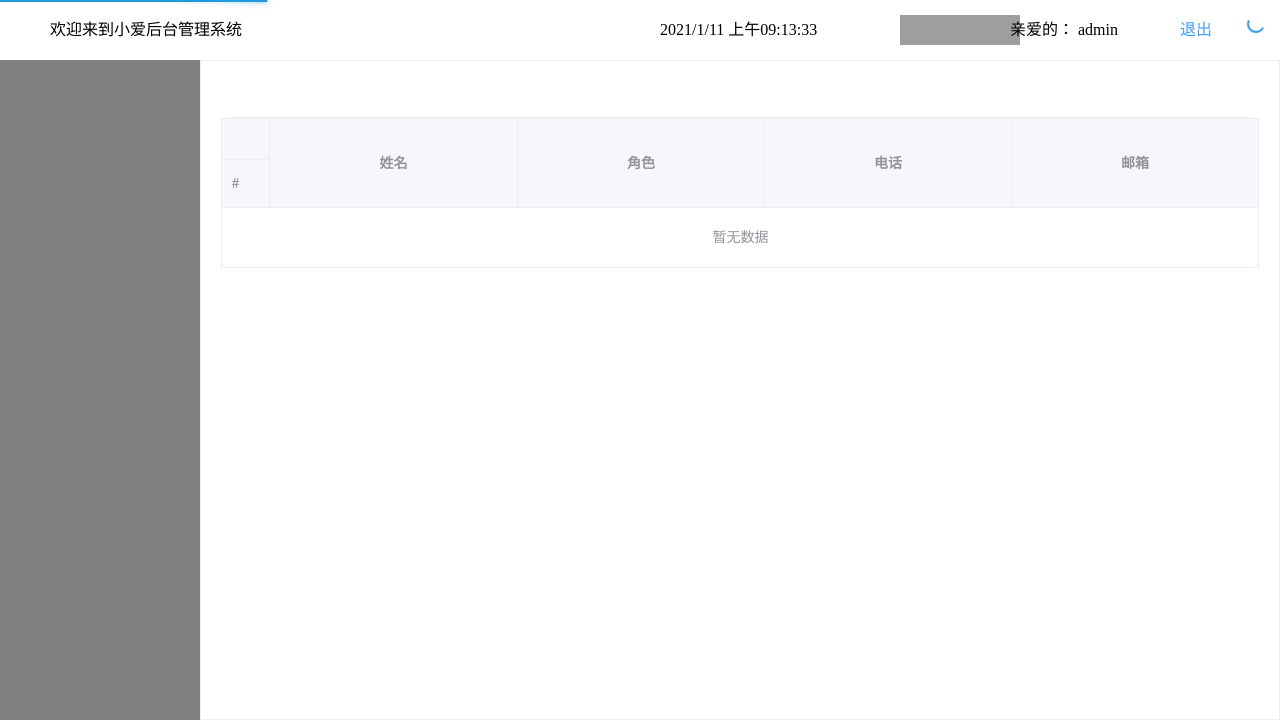
Repository: heyegang/vuex
Page: /usermanagement
These files come from the project's save history. The page is drawn as it stood at one moment and after the next save; the edit follows.
The browser window is 1280 px wide. The pictures show the whole page.
Pictures or frames that could not be fetched are drawn as grey boxes. The page's requests for data from a server got no answer. The project was rebuilt for these pictures with package versions that can differ from the ones it lists, and the page was loaded fresh each time. No one was signed in, and anything a server would have sent is missing. Also part of the build but not shown: vue.config.js, src/views/Home.vue, src/components/navsidebar/NavSidebar.vue.

Above is the page before, as saved 2021-01-11 17:49:10.

### src/main.js
import Vue from "vue";
import App from "./App.vue";
import router from "./router";
import store from "./store";
import ElementUI from "element-ui";
import "element-ui/lib/theme-chalk/index.css"

Vue.use(ElementUI)
Vue.config.productionTip = false;

new Vue({
  router,
  store,
  render: h => h(App)
}).$mount("#app");

### src/App.vue
<template>
  <div id="app">
    <router-view />
  </div>
</template>

<style lang="scss">
*{
  margin: 0;
  padding: 0;
}
html,body,#app{
  height: 100%;
}
</style>

### src/router/index.js
import Vue from "vue";
import VueRouter from "vue-router";
import Home from "../views/Home.vue";
import Layout from "../views/layout/Layout.vue";

Vue.use(VueRouter);

const routes = [
  {
   path:"",
  component:Layout,
  children:[{
    path: "/",
    name: "Home",
    component: Home
  },
  {
    path: "/usermanagement",
    name: "usermanagement",
    component: () => import('../views/usermanagement/UserManagement.vue')
  },

  ]},
  {
    path: "/login",
    name: "login",
    component: () => import('../views/login/Login.vue')
  },
];

const router = new VueRouter({
  mode: "history",
  base: process.env.BASE_URL,
  routes
});

export default router;

### src/store/index.js
import Vue from "vue";
import Vuex from "vuex";
import user from "./user";
import layout from "./layout";
import Administration from "./Administration/Administration"
Vue.use(Vuex);

export default new Vuex.Store({
  state: {
    // 存放数据
  },
  mutations: {
    // 同步修改state
  },
  actions: {},
  modules: {
    // 代表模块
    user,
    layout,
    Administration,
  }
});

### src/views/layout/Layout.vue
<template>
  <div>
    <el-container>
      <el-header>
        <nav-header></nav-header>
      </el-header>
      <el-container>
        <el-aside width="200px">
          <nav-sidebar :layouts='layouts' v-if='layouts.length>0'></nav-sidebar>
        </el-aside>
        <el-main>
          <nav-label></nav-label>
          <router-view></router-view>
        </el-main>
      </el-container>
    </el-container>
  </div>
</template>

<script>
import NavHeader from "../../components/navheader/NavHeader";
import NavSidebar from "../../components/navsidebar/NavSidebar";
import NavLabel from "../../components/navlabel/NavLabel";
import {createNamespacedHelpers} from 'vuex'
let userModule = createNamespacedHelpers('layout')
let {mapState: layoutState,mapActions: layoutActions} = userModule
export default {
  name: "",
  props: {},
  data() {
    return {
      sidebars:[]
    };
  },
  components: {
    NavHeader,
    NavSidebar,
    NavLabel,
  },
  methods: {
    ...layoutActions(['gettype'])
  },
  mounted() {
    this.gettype()
  },
  computed: {
    ...layoutState(['layouts'])
  },
  watch: {}
};
</script>

<style lang='scss' scoped>
.el-header,
.el-footer {
  line-height: 60px;
}

.el-aside {
  position: fixed;
  top: 60px;
  bottom: 0;
  background-color: gray;
}

.el-main {
  position: fixed;
  bottom: 0;
  right: 0;
  top: 60px;
  left: 200px;
  border: 1px solid #eeeeee;
}

body > .el-container {
  margin-bottom: 40px;
}

.el-container:nth-child(5) .el-aside,
.el-container:nth-child(6) .el-aside {
  line-height: 260px;
}

.el-container:nth-child(7) .el-aside {
  line-height: 320px;
}
</style>

### src/views/usermanagement/UserManagement.vue
<template>
  <div class="back">
      <!-- <el-table
      :data="Administrations"
      style="width: 100%">
      <el-table-column
        prop="username"
        label="姓名">
      </el-table-column>
      <el-table-column
        prop="role_name"
        label="角色">
      </el-table-column>
      <el-table-column
        prop="mobile"
        label="电话">
      </el-table-column>
      <el-table-column
        prop="email"
        label="邮箱">
      </el-table-column>
    </el-table> -->
    <ai-table :data="Administrations" :columns="columns" border :extend='extend'></ai-table>
  </div>
</template>

<script>
import {createNamespacedHelpers} from "vuex"
let userModule = createNamespacedHelpers('Administration')
let {mapState: AdmState,mapActions: AdmActions} = userModule
import AiTable from "../../components/aitable/AiTable"
export default {
  name: '',
  props:{

  },
  data () {
    return {
      pagenum:1,
      pagesize:5,
      query:'',
      columns:[
        {
          label:'姓名',
          prop:'username',
          align:'center',
        },
        {
          label:'角色',
           prop:'role_name',
           align:'center',
        },
        {
          label:'电话',
           prop:'mobile',
           align:'center',
        },
        {
          label:'邮箱',
           prop:'email',
           align:'center',
        },
        // {
        //   label:'状态',
        //    prop:'mg_state',
        //    align:'center',
        // },
        // {
        //   label:'操作',
        //    prop:'',
        //    align:'center',

        // },
      ],
      extend: [
        {
          type:'index',
          label:'#'
        },
      ]
    }
  },
  components: {
    AiTable,
  },
  methods: {
    ...AdmActions(['getusers'])
  },
  mounted() {
    this.getusers({
      query:'',
      pagenum:this.pagenum,
      pagesize:this.pagesize,
    })
  },
  computed: {
    ...AdmState(['Administrations'])
  },
  watch: {}
}
</script>

<style lang='scss' scoped>
.back{
  color: black;
}
</style>

### src/store/user.js
import { Message } from "element-ui";
import api from '../http/api';
import router from '../router'

export default {
    namespaced:true,
    // 开启命名空间

    state: {
        // 存放数据
        users:[]
      },
      mutations: {
        // 同步修改state
        setUsers(state,data){
            state.users = data
        }
      },
      actions: {
        //   发请求
        // 所有的方法
        // 登录 每一个action的方法都有两个参数 第一个是store 第二个是请求的参数
        // store可以解构为commit dispatch(提交另外一个action)
        async login(_,params){
            let res = await api.login(params)
            if(res.meta.status === 200){
                // 请求成功 存用户 跳转路由 提示用户
                localStorage.setItem('user', JSON.stringify(res.data))
                localStorage.setItem('token', res.data.token)
                Message.success('登录成功')
                router.push('/')
            } else {
                Message.error(res.meta.msg)
            }
        },
        // async getUsers({commit},params){
        //     let res = await api.getUsers(params)
        //     if(res.meta.status === 200) {
        //         commit('setUsers',res.data)
        //     }else {
        //         Message.error(res.meta.msg)
        //     }
        // } ,
      },
}

### src/store/layout.js
import api from '../http/api';
import { Message } from "element-ui";



export default {
  namespaced:true,
  state: {
    // 存放数据
    layouts:[]
  },
  mutations: {
    // 同步修改state
    setLayout(state,data){
      state.layouts = data
    }
  },
  actions: {
    async gettype({commit},params){
      let res = await api.gettype(params)
      if(res.meta.status === 200){
       console.log(res)
        commit('setLayout',res.data)
      }else {
        Message.error(res.meta.msg)
      }
    },
  },
}

### src/store/Administration/Administration.js
import { Message } from "element-ui";
import api from '../../http/api';

export default({
  namespaced:true,

  state: {
    // 存放数据
    Administrations:[]
  },
  mutations: {
    // 同步修改state
    setAdministration(state,data){
      state.Administrations = data
    }
  },
  actions: {
    async getusers({commit},params){
      let res =await api.getusers(params)
      if(res.meta.status === 200) {
        console.log(res)
        commit('setAdministration',res.data.users)
      } else {
        Message.error(res.meta.msg)
      }
    }
  },
})

### src/components/navheader/NavHeader.vue
<template>
  <div class="top">
      <div style="margin-left:30px;">
          欢迎来到小爱后台管理系统
      </div>
      <div class="box">
          {{times}}
      </div>
      <div class="weather">
          <div class="weather"><iframe scrolling="no" src="https://tianqiapi.com/api.php?style=yd&skin=pitaya" frameborder="0" width="100%" height="30" allowtransparency="true"></iframe></div>
    <!--获取天气-->
      </div>
      <div class="hello">
          亲爱的： admin
      </div>
      <div class="esc">
          退出
      </div>
  </div>
</template>

<script>
export default {
  name: '',
  props:{},
  data () {
    return {
      times:'',//格式化之后的当前时间
      currentTime: new Date() //当前时间
    }
  },
  components: {},
  methods: {
    getTimes(){
      setInterval(this.getTimesInterval, 1000);
    },
    getTimesInterval:function() {
      let _this = this;
      let year = new Date().getFullYear(); //获取当前时间的年份
      let month = new Date().getMonth() + 1; //获取当前时间的月份
      let day = new Date().getDate(); //获取当前时间的天数
      let hours = new Date().getHours(); //获取当前时间的小时
      let minutes = new Date().getMinutes(); //获取当前时间的分数
      let seconds = new Date().getSeconds(); //获取当前时间的秒数
      let hello = "";
      //当小于 10 的是时候，在前面加 0
      if (hours < 10) {
        hours = "0" + hours;
      }
      if (minutes < 10) {
        minutes = "0" + minutes;
      }
      if (seconds < 10) {
        seconds = "0" + seconds;
      }
      //一天中的时间
      if (hours > 6 && hours <13){
          hello = "上午";
      }
      if (hours > 13 && hours <18){
          hello = "下午";
      }
      if (hours > 18 && hours <24){
          hello = "晚上";
      }
      if (hours >0 && hours < 6){
          hello = "凌晨";
      }
      //拼接格式化当前时间
      _this.times = year + "/" + month + "/" + day + " " +hello+ hours + ":" + minutes + ":" + seconds;
    },
  },
  mounted() {
    this.getTimes()
  },
  computed: {},
  watch: {},
}
</script>

<style lang='scss' scoped>
.top{
    display: flex;
    position: relative;
    line-height: 60px;
}
.box{
    width: 220px;
    position: absolute;
    right: 380px;
    color: black;
}
.weather{
    width: 120px;
    position: absolute;
    right: 120px;
    top: 5px;
}
.hello{
    width: 120px;
    position: absolute;
    right: 130px;
}
.esc{
    width: 60px;
    position: absolute;
    right: 20px;
    color: #409EFF;
}
</style>

### src/components/navlabel/NavLabel.vue
<template>
  <div class="LabelBox">
  </div>
</template>

<script>
export default {
  name: '',
  props:{},
  data () {
    return {
    }
  },
  components: {},
  methods: {},
  mounted() {},
  computed: {},
  watch: {}
}
</script>

<style lang='scss' scoped>
.LabelBox{
  width: 98%;
  height: 36px;
  border-bottom: 1px solid #eee;
  margin-left: 1%;

}
</style>

### src/components/aitable/AiTable.vue
<template>
  <!-- <div>
    <ai-form></ai-form>
  </div> -->
    <el-table
      :border="border"
      :data="data"
      style="width: 100%"
      >
      <el-table-column v-if="extend && extend.length">
        <el-table-column
        v-for="(item) in extend"
        :key="item.type"
        :type="item.type"
        :label="item.label"
        >

        </el-table-column>
      </el-table-column>
      <el-table-column
      v-for="(item,index) in columns"
      :key="index"
      :prop="item.prop"
      :label="item.label"
      :align='item.align'
      >
      </el-table-column>

      <!-- <el-table-column>
        <template slot-scope="scope">
          <slot name="action" :scope="scope"></slot>
        </template>
      </el-table-column> -->
    </el-table>
</template>

<script>

export default {
  name: '',
  props:{
    data:{
      type:Array,
      required:true
    },
    columns:{
      type:Array,
      required:true
    },
    border:{
      type:Boolean,
      dafault:false,
    },
    extend:{
      type:Array,
    }
  },
  data () {
    return {

    }
  },
  components: {},
  methods: {},
  mounted() {},
  computed: {},
  watch: {}
}
</script>

<style lang='scss' scoped>

</style>

### src/http/api.js
import http from './index'

export default{
     login({username,password}){
        return http.post('/login',{
            username,
            password
        })
     },
    //  getUsers({pagenum,pagesize,query}){
    //      if(query){
    //          return http.get(`/users?pagenum=${pagenum}&pagesize=${pagesize}&query=${query}`)
    //      } else {
    //          return http.get(`/users?pagenum=${pagenum}&pagesize=${pagesize}`)
    //      }

    //  },
     gettype(){
         return http.get('/menus')
     },
     getusers({query,pagenum,pagesize}){
        if(query){
            return http.get(`/users?pagenum=${pagenum}&pagesize=${pagesize}&query=${query}`)
        } else {
            return http.get(`/users?pagenum=${pagenum}&pagesize=${pagesize}`)
        }
     },
}

### src/http/index.js
import axios from 'axios'
import nprogress from 'nprogress'
import 'nprogress/nprogress.css'
import {Message} from 'element-ui'

// 需要区分当前环境是开发环境(development)还是生产环境(production)
let isPro = process.env.NODE_ENV === 'productin'

const http = axios.create({
    baseURL: isPro ? '线上接口路径':'/api',
    timeout:10000
})

// 请求拦截
http.interceptors.request.use(config =>{
    nprogress.start()
    // 配置token token是鉴权的一种方式
    // 在登陆成功后 会返回当前用户的token 存在本地
    // 可用（百度：js加密插件）加密插件加密token
    let token = localStorage.getItem('token')
    // 账号密码和token分开存
    if(token){
        config.headers.Authorization = token
    }
    return config
},err =>{
    nprogress.done()
    return Promise.reject(err)
})

// 响应拦截
http.interceptors.response.use(res => {
    nprogress.done()
    return res.data
},err => {

    // 请求失败
    let status = err.response && err.response.status
    // 状态码
    if (status === 400) {
        Message.error('参数错误')
    }
    if (status === 401) {
        Message.error('没有权限')
    }
    if (status === 403) {
        Message.error('登录过期')
    }
    if (status === 404) {
        Message.error('路径错误')
    }
    if (status === 500) {
        Message.error('服务器错误')
    }
    if (status === 403) {
        Message.error('服务器在维护')
    }
    return Promise.reject(err)
})


export default http

Loaded but not shown: public/index.html (common file)

After the next save:
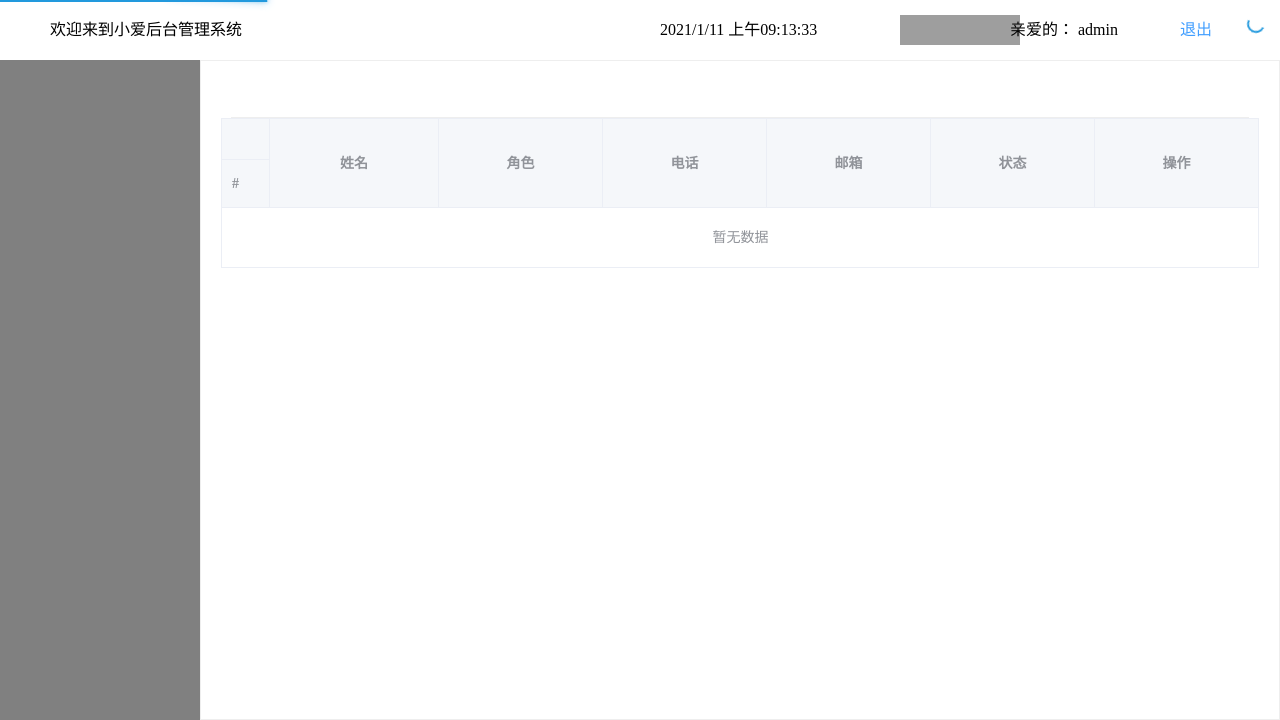
Saved 2 min 58 s later.
--- a/src/views/usermanagement/UserManagement.vue
+++ b/src/views/usermanagement/UserManagement.vue
@@ -60,17 +60,17 @@ export default {
            prop:'email',
            align:'center',
         },
-        // {
-        //   label:'状态',
-        //    prop:'mg_state',
-        //    align:'center',
-        // },
-        // {
-        //   label:'操作',
-        //    prop:'',
-        //    align:'center',
+        {
+          label:'状态',
+           prop:'mg_state',
+           align:'center',
+        },
+        {
+          label:'操作',
+           prop:'',
+           align:'center',
 
-        // },
+        },
       ],
       extend: [
         {
